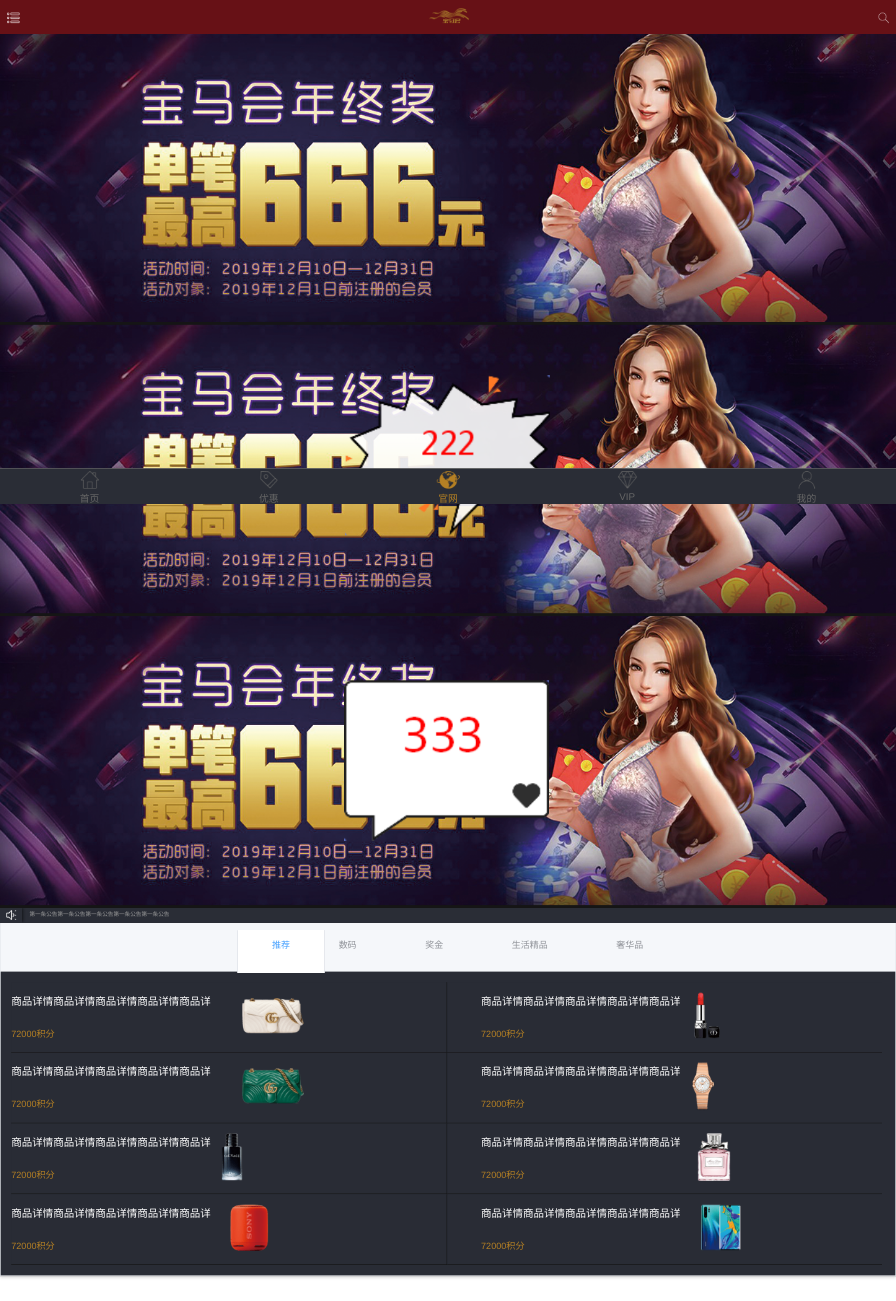
Repository: ada6688/IntegralMall
Page: /
An editor plug-in stored every save of this project. The page is shown before and after the next save, followed by the edit.
The browser window is 1280 px wide. The pictures show the whole page, at 70% of full size.
The project was rebuilt for these pictures with package versions that can differ from the ones it lists, and the page was loaded fresh each time. Also part of the build but not shown: src/components/page/MainNav.vue, src/components/page/Member.vue, src/components/common/Topnav-c.vue, src/components/page/Youhui.vue, src/router/index.js.

Above is the page before, as saved 2020-01-03 09:56:59.

After the next save:
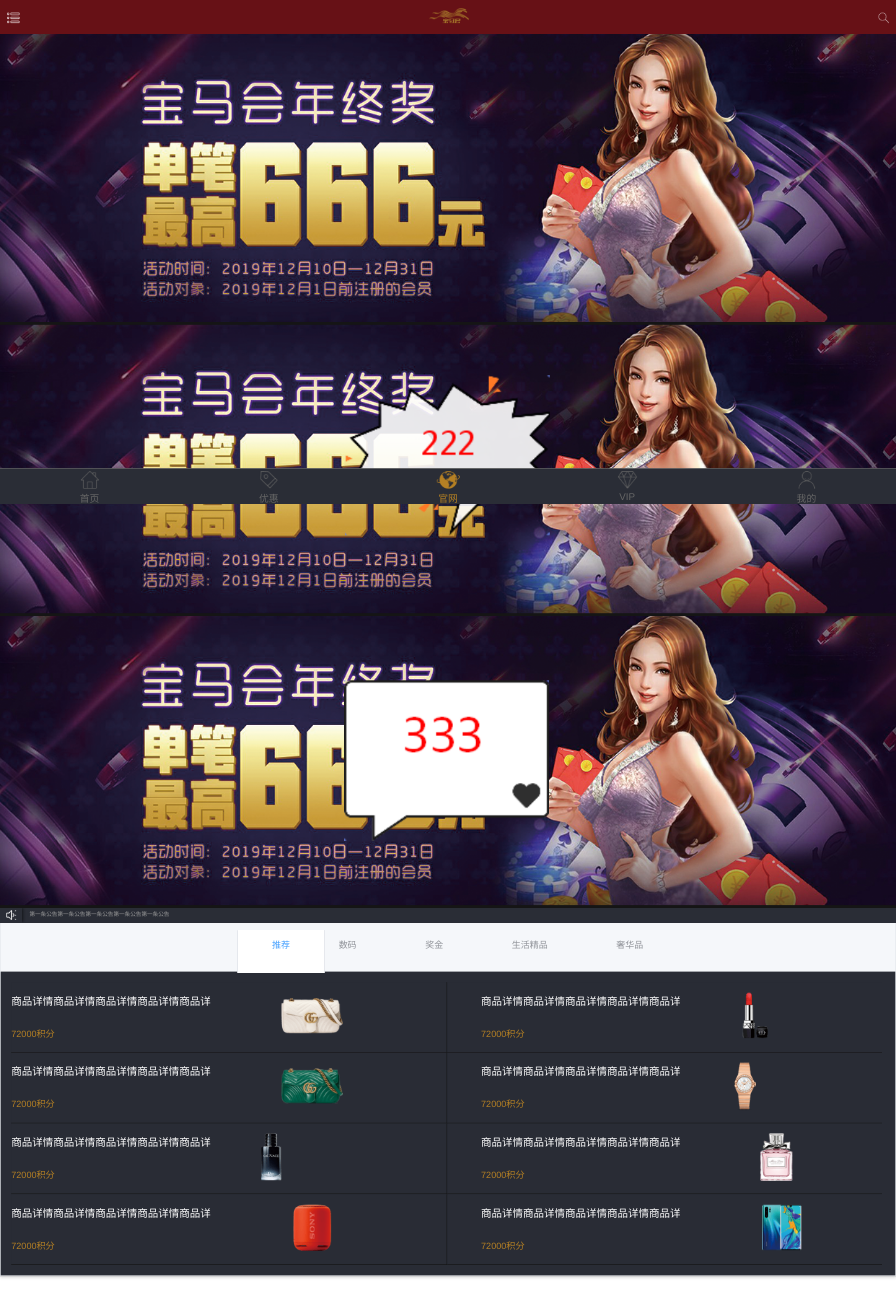
Saved 3 min 21 s later.
--- a/src/assets/css/index.css
+++ b/src/assets/css/index.css
@@ -39,7 +39,7 @@
   font-size: 13px;
 }
 .product-item-img{
-  width: 50%;
+  width: 17%;
   height: 100px;
   display: table-cell;
   vertical-align: middle;
